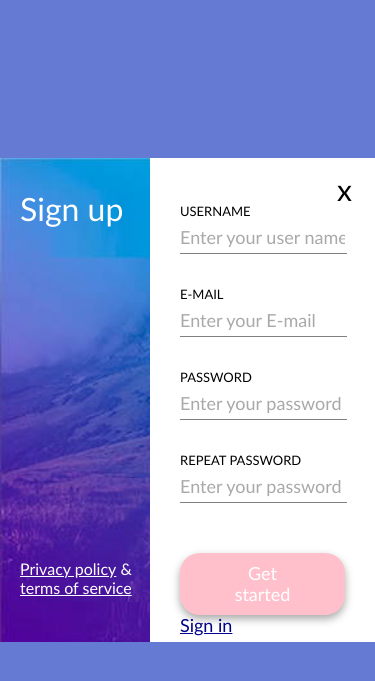
Repository: RugileG/registracijos-forma
Page: index.html
These files come from the project's save history. The page is drawn as it stood at one moment and after the next save; the edit follows.
The browser window is 375 px wide. The pictures show the whole page.

Above is the page before, as saved 2021-05-19 11:05:00.

### index.html
<!DOCTYPE html>
<html lang="en">
<head>
    <meta charset="UTF-8">
    <meta http-equiv="X-UA-Compatible" content="IE=edge">
    <meta name="viewport" content="width=device-width, initial-scale=1.0">
    <title>Registracija</title>
    <style>

        html {
            height: 100%;
        }

        body {
            max-width: 800px;
            min-height: 100%;
            margin: 0 auto;
            position: relative;
            background-color: #657AD3;
            font: normal normal normal 16px/19px Gill Sans MT;
        }

        .container {
            width: 100%;
            position: absolute;
            top: 50%;
            transform: translateY(-50%);
        }

        .left-column, .right-column {
            float:left;
            height: 484px;
        }

        .left-column {
            width: 40%;
            background-color: transparent;
        }

        .right-column {
            width: 60%;
            background-color: #FFFFFF ;
            position: relative;
        }

        .left-column-container {
            display: block;
            height: 424px;
            background-color: red;
            margin-top: 30px;
            background: transparent url('img/mountain.png') 0% 0% no-repeat padding-box;
            background-size: cover;
            padding-left: 40px;
            position:relative;
        }

        .right-column-container {
            padding-left: 60px;
            padding-top: 46px;
            padding-right: 60px;
            padding-bottom: 46px;
        }

        h1 {
            font: normal normal normal 32px/37px Gill Sans MT;
            color: #FFFFFF;
            margin: 0;
            padding-top: 32px;
        }

        .left-column p, .left-column a {
            display: inline-block;
            font: normal normal normal 16px/19px Gill Sans MT;
            color: #FFFFFF;
            margin: 0;
        }

        .right-column p {
            display: inline-block;
            font: normal normal normal 18px/21px Gill Sans MT;
            color: #000000;
            margin: 0;
            padding-left: 14px ;
        }

        .right-column a {
            display: inline-block;
            font: normal normal normal 18px/21px Gill Sans MT;
            color: #00008B;
            padding-left: 24px ;
            margin: 0;
        }

        .links {
            position: absolute;
            bottom: 25px;
        }

        label {
            display:block;
            font: normal normal normal 13px/15px Gill Sans MT;
            color: #000000;
            padding-bottom:12px;
        }


        .input {
            margin-bottom: 33px;
        }

        input {
            display: block;
            border: none;
            width: 100%;
            padding-left: 0;
            padding-bottom: 6px;
            border-bottom: 1px solid #808080;
        }

        input:focus {
            border: none;
            outline: none;
            border-bottom: 1px solid #808080;
        }

        ::-webkit-input-placeholder {
            font: normal normal normal 18px/21px Gill Sans MT;
            color: #A9A9A9;
        }

        .btn {
            font: normal normal normal 18px/21px Gill Sans MT;
            color: #FFFFFF;
            background-color: #FFC0CB;
            border-radius: 20px;
            padding-left: 40px;
            padding-right:40px;
            padding-top: 10px;
            padding-bottom: 10px;
            border: none;
            box-shadow: 0 4px 8px darkgray;
        }

        .btn:hover {
            cursor:pointer;
            box-shadow: 0 4px 8px grey;
        }

        .close {
            font: normal normal normal 30px/35px Gill Sans MT;
            color: #000000;
            position:absolute;
            top: 14px;
            right: 23px;
        }

        .close:hover {
            color:#00008B;
        }

        @media screen and (max-width: 664px) {
            .left-column-container {
                height: 100%;
                padding-left: 20px;
                margin-top: 0;
            }

            .right-column-container {
                padding-left: 30px;
                padding-right: 30px;
            }

            .right-column-bottom-action {
                margin-top:50px;
            }

            .links {
                bottom: 45px;
            }
            .or {
                display:none !important;
            }
        }

        @media (max-width:500px) and (min-width:368px) {
            .right-column a {
                display: block;
                padding-left: 0;
            }

            .btn {}
        }


    </style>
</head>
<body>
    <div class='container'>
        <div class='left-column'>
            <div class='left-column-container'>
                <h1>Sign up</h1>

                <div class='links'>
                    <a href='#'>Privacy policy</a>
                    <p>&</p>
                    <a href='#'>terms of service</a>
                </div>
            </div>
        </div>
        <div class='right-column'>
            <div class='right-column-container'>
                <span class='close'>x</span>
                <div class='input'>
                    <label for='username'>USERNAME</label>
                    <input placeholder='Enter your user name' type='text' id='username' name='username' />
                </div>
                <div class='input'>
                    <label for='email'>E-MAIL</label>
                    <input placeholder='Enter your E-mail' type='text' id='email' name='email' />
                </div>
                <div class='input'>
                    <label for='password'>PASSWORD</label>
                    <input placeholder='Enter your password' type='text' id='password' name='password' />
                </div>
                <div class='input'>
                    <label for='repeat_password'>REPEAT PASSWORD</label>
                    <input placeholder='Enter your password' type='text' id='repeat_password' name='repeat_password' />
                </div>

                <div class='right-column-bottom-action'>
                    <button class='btn'>Get started</button>
                    <p class='or'>or</p>
                    <a href='#'>Sign in</a>
                </div>
            </div>
        </div>
    </div>
</body>
</html>

After the next save:
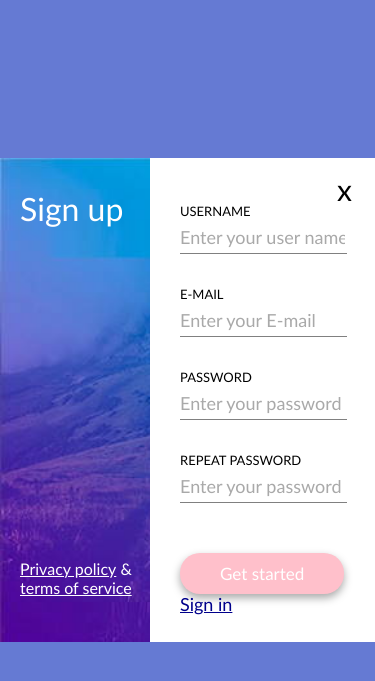
Saved 6 s later.
--- a/index.html
+++ b/index.html
@@ -188,7 +188,9 @@
                 padding-left: 0;
             }
 
-            .btn {}
+            .btn {
+                font-size: 17px;
+            }
         }
 
 
